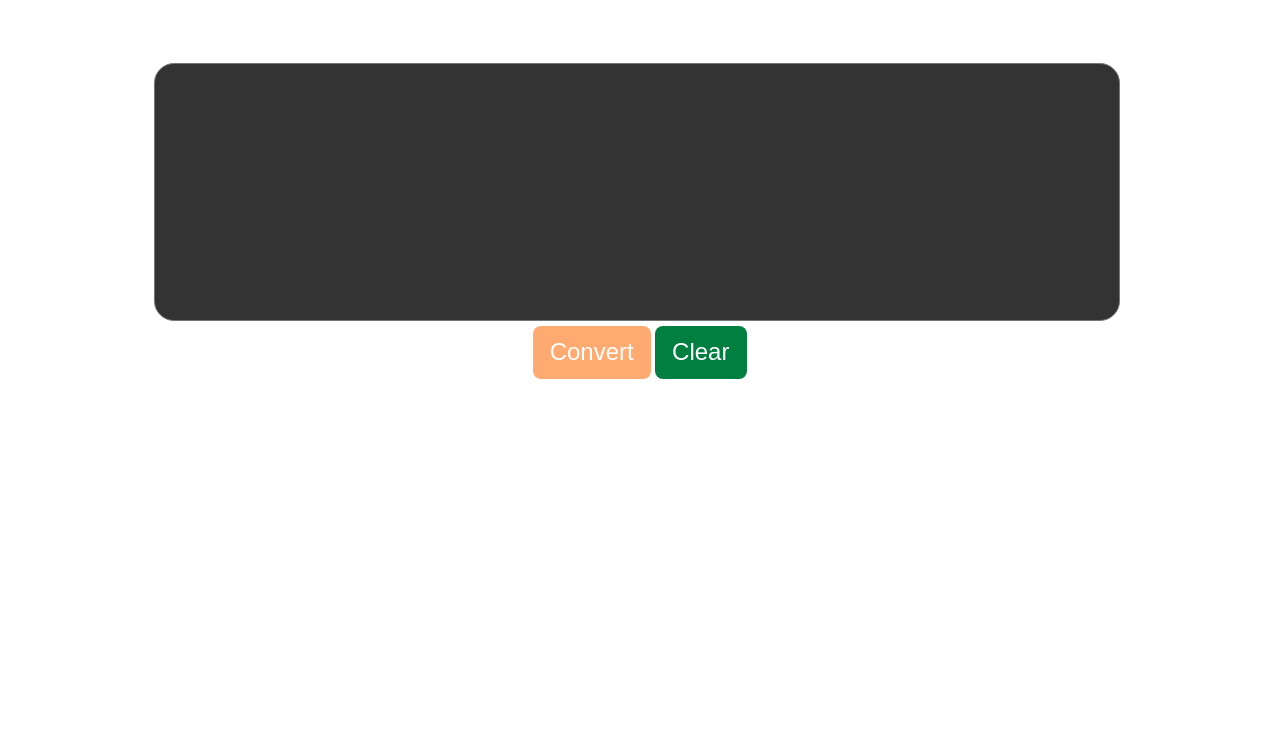
Repository: readwithpic/readwithpic.github.io
Page: platform14.html
The author's editor kept a record of every edit. The page is drawn from the files as they stood at one moment, then again after the next edit.
The browser window is 1280 px wide. The pictures show the whole page.
Some web libraries are served in a nearby version.

Above is the page before.
Console error: TypeError: Cannot read properties of undefined (reading 'length')

### platform14.html
<!DOCTYPE html>
<html>
    <head>
        <link rel="stylesheet" type="text/css" href="style.css" />
        <script src="https://ajax.googleapis.com/ajax/libs/jquery/2.1.3/jquery.min.js"></script>
        <script type="text/javascript" src="jscript.js"></script>
    </head>
    <body>

        <div id="textBox">
               <div>
              <button type="button" id="roundB"><p class="msg">C..</p></button>
              <button type="button" id="closeB"><p class="msg">X</p></button>
               </div>

                <div>
                    <textarea rows="10" cols="80" id="textInput" name="texthere"></textarea>
                </div>

                <div class="mainGroup">
                    <div class="group">
                         <button type="button" id="convert" disabled>Convert</button>
                        <button type="button" id="clear">Clear</button>
                    </div>
                </div>
        </div>


        <!--debug
          <button type="button" id="loadme">Load</button>
            <button type="button" id="debug">debug</button>
           -->
        <div id="display">
                 <ul>
                     <li id="listLoad">
                        <div id="loadingSpin">
                            <div class="spinner">
                                <div class="bounce1"></div>
                                <div class="bounce2"></div>
                                <div class="bounce3"></div>
                            </div>
                        </div>
                    </li>
                </ul>
            </div>
            <div><span id="sDebug"> </span><span id="what"></span></div>
    </body>
</html>

### style.css
html, body { height: 100%; width: 100%; margin: 0; }


li {
    display: inline-block;
}

img{
    margin-right:-70px;
}

figcaption {

}

#searchbox {
    width:600px;
    height:200px;
}

p {
 display:inline;
}

.onlyText{
 margin-left:4px;
}

#sDebug{
    background-color:brown;
}

#what{
    background-color:red;
}

/*half page div box */
#textBox{
  position:absolute;
  width:100%;
  height:50%;
}


textarea{
    -webkit-overflow-scrolling: touch;
}

#textInput{
    color:white;
    position:absolute;
    display:block;
    resize:none;
    top:13%;
    left:12%;
    width:75%;
    height:70%;
    background-color:#333333;
    -moz-border-radius: 10px;
    -webkit-border-radius: 10px;
    border-radius: 20px;

}

#textInput:focus{
  border-color: #FF6C24;
  outline:none;
}



.mainGroup {
    float:left;
    position:relative;
    top:86%;
    left:50%;
}

.group {
    width:215px;
    float:left;
    position:relative;
    left:-50%;
}

#convert  {
    text-align:center;
    background-color: #FF6C24;
   -webkit-border-radius: 8px;
    -moz-border-radius: 8px;
    border-radius: 8px;
     color: white;
   font-size: 1.5em;
   text-decoration: none;
   padding: 6% 8% ;
   border: none;
   }

#convert:hover{
    background-color:#E55900;
}

#convert:disabled{
  background-color:#FFAA70;
}

#convert:active {
   background-color: #993D00;
   }

#clear{
    text-align:center;
    background-color: #007F41;
   -webkit-border-radius: 8px;
    -moz-border-radius: 8px;
    border-radius: 8px;
   color: white;
   font-size: 1.5em;
   text-decoration: none;
   padding: 6% 8% ;
   border: none;
   }

#clear:hover {
   background-color:  #00683B;
   }


#clear:active {
   background-color: #007F41;
   }

#roundB{
  float:right;
  margin-top:1.5%;
  margin-right:5%;
  width:50px;
  height:50px;
  background-color: #FF6C24;
  border-radius:50%;
  border: none;
  text-align:center;
  font-size:2em;
  color:white;
  display:none;
}

#roundB:hover{
    background-color:#E55900;
}
#roundB:active {
   background-color: #FF6C24;
   }


#closeB{
  float:right;
  margin-top:1.5%;
  margin-right:5%;
  width:50px;
  height:50px;
  background-color:#FF4024;
  border-radius:50%;
  border: none;
  text-align:center;
  font-size:2em;
  display:none;
}

#closeB:hover{
    background-color:#B20A00;
}
#closeB:active {
   background-color:#FF4024;
   }

/* Loading */
#listLoad{
  position:relative;
  width:180px;
  height:180px;
  display:none;
}

#loadingSpin{
    position:absolute;
    top:77px;
    left:67px;
}

spinner {
  margin-left:100px;
  width: 70px;
  text-align: center;
}

.spinner > div {
  width: 15px;
  height: 15px;
  background-color: #333;
  border-radius: 100%;
  display: inline-block;
  -webkit-animation: bouncedelay 1.4s infinite ease-in-out;
  animation: bouncedelay 1.4s infinite ease-in-out;
  /* Prevent first frame from flickering when animation starts */
  -webkit-animation-fill-mode: both;
  animation-fill-mode: both;
}

.spinner .bounce1 {
  -webkit-animation-delay: -0.32s;
  animation-delay: -0.32s;
}

.spinner .bounce2 {
  -webkit-animation-delay: -0.16s;
  animation-delay: -0.16s;
}

/* loading end */

@-webkit-keyframes bouncedelay {
  0%, 80%, 100% { -webkit-transform: scale(0.0) }
  40% { -webkit-transform: scale(1.0) }
}

@keyframes bouncedelay {
  0%, 80%, 100% {
    transform: scale(0.0);
    -webkit-transform: scale(0.0);
  } 40% {
    transform: scale(1.0);
    -webkit-transform: scale(1.0);
  }
}

@media only screen and (min-width: 0px) {

  /* Styles */
}

/* iPhone 4*/
@media only screen and (min-width: 320px) {

  /* Styles */
}


/* Samsung Galaxy S5 (portrait) ----------- */
@media only screen and (min-width: 360px) {
/* Styles */

}

/* iPhone 6 (portrait) ----------- */
@media only screen and (min-width: 375px) {
/* Styles */

}

/* iPhone 6+ (portrait) ----------- */
@media only screen and (min-width: 414px) {
/* Styles */


}

/* iPhone 4 (landscape) ----------- */
@media only screen and (min-width: 480px) {
/* Styles */

}


/* iPhone 5 (landscape) ----------- */
@media only screen and  (min-width: 568px){
/* Styles */

}

/* Samsung Galaxy S3 (landscape) ----------- */
@media only screen and (min-width: 640px){
/* Styles */

}

/* iPhone 6 (landscape) ----------- */
@media only screen and (min-width: 667px) {
/* Styles */

}

/* iPhone 6+ (landscape) ----------- */
@media only screen and  (min-width: 736px){
/* Styles */

}

/* iPads (portrait and landscape) ----------- */
@media only screen and (min-width: 768px)  {
/* Styles */

}

/* iPads (landscape) ----------- */
@media only screen and (min-width: 1024px){
/* Styles */

}

/* Desktops and laptops ----------- */
@media only screen  and (min-width: 1224px) {
/* Styles */


}

/* Large screens ----------- */
@media only screen  and (min-width:1824px) {
/* Styles */

}

### jscript.js
var link = new Array();
var link2 = new Array();
var k, j, i, userInput, cleanSent, search,h, startNum, constantV, calNum;
var filterWords = ["is", "are", "all", "another", "any", "anybody", "anyone", "anything", "botheach", "each", "other", "either", "everybody", "everyone", "everything", "few", "he", "her", "hers", "herself", "him", "himself", "his", "it", "its", "itself", "many", "me", "mine", "more", "most", "much", "myself", "neither", "no", "one", "nobody", "none", "nothing", "another", "other", "others", "ours", "ourselves", "several", "she", "some", "somebody", "someone", "something", "their", "theirs", "them", "themselves", "these", "they", "this", "those", "us", "we", "what", "whatever", "which", "whichever", "who", "whoever", "whom", "whomever", "whose", "you", "your", "yours", "yourself", "yourselves", "that", "it's", "time", "person", "year", "way", "day", "thing", "man", "world", "life", "hand", "part", "child", "eye", "woman", "place", "work", "week", "case", "point", "government", "company", "number", "group", "problem", "fact", "be", "have", "do", "say", "get", "make", "go", "know", "take", "see", "come", "think", "look", "want", "give", "use", "find", "tell", "ask", "work", "seem", "feel", "try", "leave", "call", "good", "new", "first", "last", "long", "great", "little", "own", "other", "old", "right", "big", "high", "different", "small", "large", "next", "early", "young", "important", "few", "public", "bad", "same", "able", "to", "of", "in", "for", "on", "with", "at", "by", "from", "up", "about", "into", "over", "after", "beneath", "under", "above", "the", "and", "a", "that", "", "it", "not", "he", "as", "you", "this", "but", "his", "they", "her", "she", "or", "an", "will", "my", "one", "all", "would", "there", "their", "aboard", "about", "above", "across", "after", "against", "along", "amid", "among", "around", "as", "at", "before", "behind", "below", "beneath", "beside", "besides", "between", "beyond", "but", "by", "concerning", "considering", "despite", "down", "during", "except", "excepting", "excluding", "following", "for", "from", "in", "inside", "into", "like", "minus", "near", "of", "off", "on", "onto", "opposite", "outside", "over", "past", "per", "plus", "regarding", "round", "save", "since", "than", "through", "to", "toward", "towards", "under", "underneath", "unlike", "until", "up", "upon", "versus", "via", "with", "within", "without"];
var lastList,textInput,myScroll,loadList,count;
var $win,$doc,$list,$textArea,$roundB,$closeB,$showIt;

$(document).ready(function () {
    $list= $('li');
    textInput = $('#textInput');
    loadList = $('#listLoad');
    $win=$(window);
    $doc=$(document);
    $textArea=$('textarea');
    $roundB=$('#roundB');
    $closeB=$('#closeB');


    $textArea.keyup(function () {
        if ($(this).val()) {
            $('#convert').removeAttr('disabled');
        } else {
            $('#convert').attr('disabled', 'disabled');
        }
    });

    $('#convert').click(function () {
        //to avoid rapid click
        $('#convert').attr('disabled', 'disabled');
        //textarea control
        if (textInput.height() > 350) {
            $('#textInput').fadeOut('fast');
            $('.mainGroup').fadeOut('fast');
            $closeB.hide();
        } else {
            $('#textInput').slideUp('fast');
            $('.mainGroup').fadeOut('fast');
        }
        //grab appened list class showIt
        $('li').remove();

        //$(li).remove() removes everyting so loading is appeneded at first
        $('#display ul').append(loadList);
        //display loading
        loadList.show();
        //display round button
        $roundB.show('fast');
        count = 0;
        h = 0;
        j = 0;
        // default number of search images to be loaded at first
        startNum = 10;
        //constantV is assigned to calNum to load given number consistant images after each scroll
        calNum = startNum;
        link.length = 0;
        link2.length = 0;
        $('#what').empty();
        $('.onlyText').remove();
        userInput = $('textarea[name=texthere]').val();
        cleanSent = userInput.replace(/\s+/g, ' ');
        search = cleanSent.split(" ");
        callAjax(search[j]);


    });

    $('#clear').click(function(){
        $textArea.val('');
    });


    $('#roundB').click(function () {
        //display textBox at the middle of screen.
        $('#textInput').css({
            'position':'fixed',
            'top': '11%',
            'left': '9%',
            'width': '80%',
            'height': '70%'
        });
        $('.mainGroup').css({
            'position':'fixed',
            'top':'82%'
        });
        $('#textInput').fadeIn('fast');
        $('.mainGroup').fadeIn('fast');
        $('#closeB').show();
        $(this).hide();
    });

    //close button
    $('#closeB').click(function(){
         $('#textInput').fadeOut('fast');
         $('.mainGroup').fadeOut('fast');
         $roundB.show();
         $(this).hide();
    });

    $win.resize(function () {
        // load the rest of screen if the user reduce the zoom less than 100%
        if (lastList.offset().top < $win.height() && myScroll === 1) {
            myScroll = 1;
            $win.scroll();
        }
    });

    $win.scroll(function () {
        if ($win.scrollTop() + $win.height() > $doc.height() - $doc.height() / 4 && myScroll === 1 && j < search.length) {
            h = 0;
            //To reuse same Array link2
            link2.length = 0;
            //load number of images after each scroll
            constantV = 5;
            //reintalize the calNum to display given constant number of images accross the screen
            calNum += constantV;
            callAjax(search[j]);
            myScroll = 0;
        }else if(j===search.length){
            loadList.hide();
        }
    });

    //dubugging zone
    $('#debug').click(function () {
        $('#sDebug').append('<br>' + "Linklength1 : " + link.length + '<br>');
        $('#sDebug').append("Linklength2 : " + link2.length + '<br>');
        $("#sDebug").append("dubug j value :" + j + '<br>');
        $('#sDebug').append("dubug i value:" + i + '<br>');
        $('#sDebug').append("dubug count value:" + count + '<br>');
        $('#sDebug').append("dubug k value:" + k + '<br>');
    });
});

function callAjax(index) {
    var look = new URL('https://ajax.googleapis.com/ajax/services/search/images?v=1.0&q=' + index + '&callback=?');
    $.ajax({
        url: look,
        dataType: 'json',
        success: function (data) {
            if (data.responseData.results.length === 0) {
                if (j < startNum) {
                    link[j] = "http://upload.wikimedia.org/wikipedia/commons/9/98/MA_Route_blank.svg";
                    j++;
                } else {
                    link2[h] = "http://upload.wikimedia.org/wikipedia/commons/9/98/MA_Route_blank.svg";
                    j++;
                    h++;
                }
            } else {
                if (j < startNum) {
                    link[j] = data.responseData.results[0].url;
                    j++;
                } else {
                    link2[h] = data.responseData.results[0].url;
                    j++;
                    h++;
                }
            }
            //checked against the calNum to make sure it doesn't load images more then startNum(default number of images to be load at first)
            if (j < search.length && j < calNum) {
                callAjax(search[j]);
            } else {
                show();
            }
        }
    });
}

//function do display first 30 words
function show() {
    var loopNum;
    i = 0;
    //slideUp or fadeOut the textarea and button
    if (count === 0) {
        for (i; i < j; i++) {
            // $('#what').append( 'firstIvalue: ' + i);
            //indexOf(search[j]) returns -1 if the value is not present inside array search[j];
            //check if search[j] is not the first html list element
            if (filterWords.indexOf(search[i]) !== -1 && $list.length > 0) {
                $('.withPic').last().append('<p class=onlyText>' + search[i] + '</p>');
            } else {
                $('#display ul').append('<li class="showIt">' + '<figure>' + '<img src="' + link[i] + '" height=180 width=180>' +
                    '<figcaption>' + '<p class=withPic>' + search[i] + '</p>' + '</figcaption>' + '</figure>' + '</li>');
            }
        }

        //get the last list element
        lastList = $('li:last').attr('class', 'showIt');

        //always put the loading at the last element
        $('#display ul').append(loadList);
        //disable this for loop
        count = 1;
        //initiate scroll
        myScroll = 1;

        //for bigger bigger resolution or screen to load more list element than intiated max startNum value
        if (lastList.offset().top < $win.height()) {
           $win.scroll();
        }

    } else {
        k = 0;
        //to run the loop if the value of constantV is less then link2.length.
        if (link2.length < constantV) {
            i = j - link2.length;
            loopNum = i + link2.length;
            //$('#what').append('<br>' + 'insideLOOPNUM: ' + loopNum);
            //Once value of j arrives here it'll be orginal value + constantV because callAjax function have already run twice
        } else {
            i = j - constantV;
            loopNum = i + constantV;
        }
        for (i; i < loopNum; i++) {
            //indexOf(search[j]) returns -1 if the value is not present inside array search[j];
            //check if search[j] is not the first html list element
            if (filterWords.indexOf(search[i]) !== -1 && $list.length > 0) {
                $('.withPic').last().append('<p class=onlyText>' + search[i] + '</p>');
            } else {
                $('#display ul').append('<li class="showIt">' + '<figure>' + '<img src="' + link2[k] + '" height=180 width=180>' +
                    '<figcaption>' + '<p class=withPic>' + search[i] + '</p>' + '</figcaption>' + '</figure>' + '</li>');
            }
            k++;
                //for debug purposes
                // $('#what').append('<br>' + 'insideIvalue: ' + i);
                // $('#what').append('<br>' + 'insideKvalue: ' + k);
                // $('#what').append('<br>' + 'insideJvalue: ' + j);
        }
        $('#display ul').append(loadList);
        myScroll = 1;
        if (lastList.offset().top < $win.height()) {
            $win.scroll();
        }
    }
}

After the next edit:
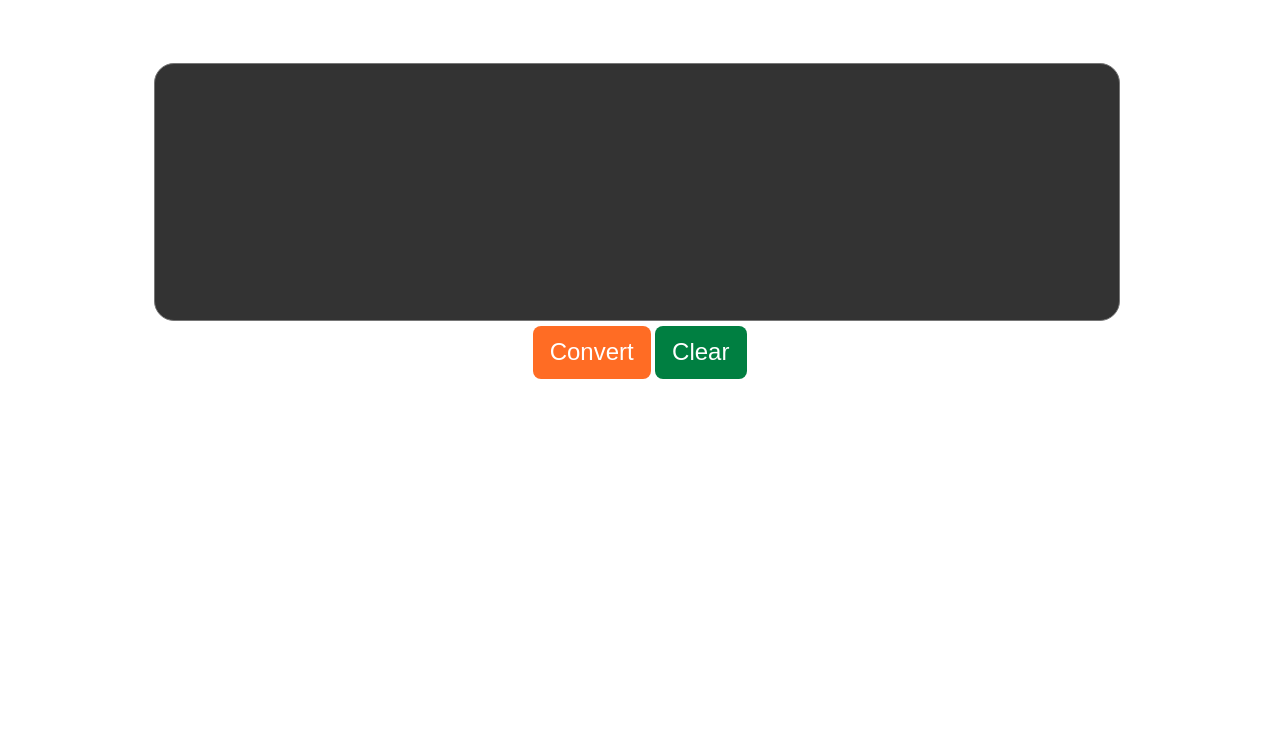
The edit:
--- a/style.css
+++ b/style.css
@@ -99,11 +99,6 @@
 #convert:hover{
     background-color:#E55900;
 }
-
-#convert:disabled{
-  background-color:#FFAA70;
-}
-
 #convert:active {
    background-color: #993D00;
    }

After the edit that followed:
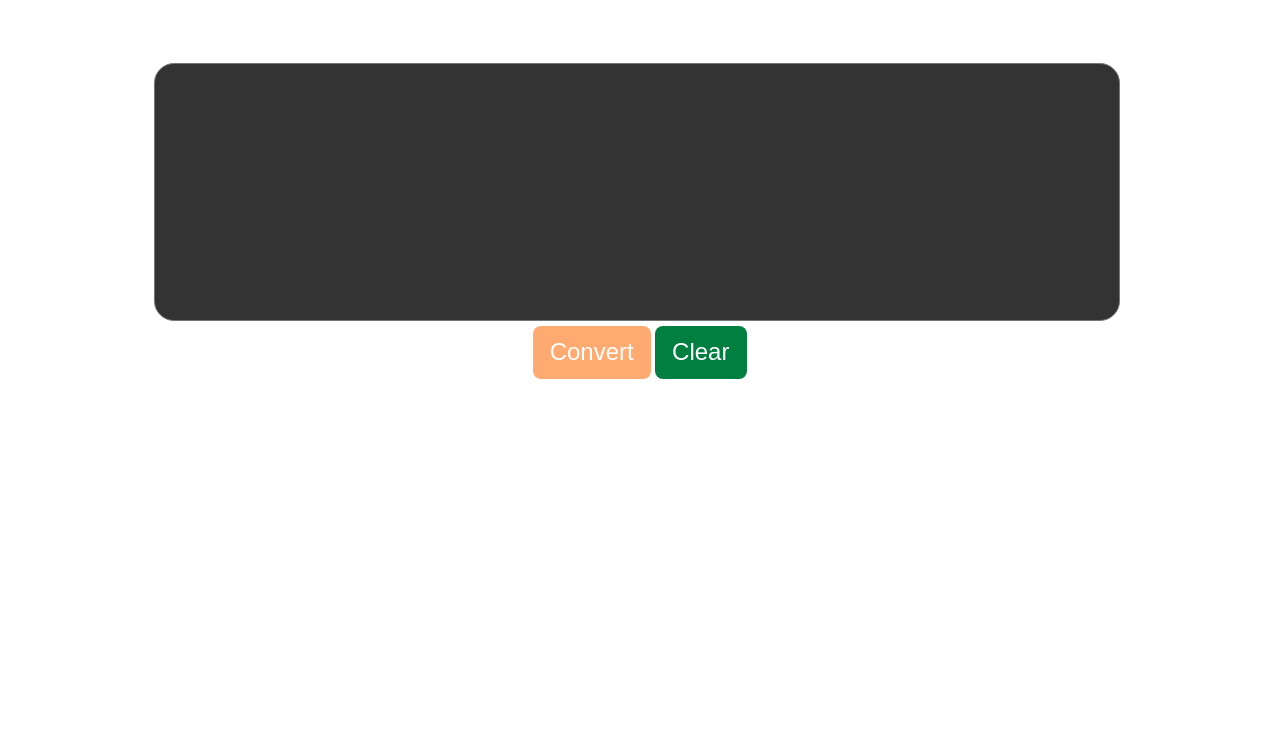
The edit:
--- a/style.css
+++ b/style.css
@@ -103,6 +103,11 @@
    background-color: #993D00;
    }
 
+#convert:disabled{
+background-color:#FFAA70;
+}
+
+
 #clear{
     text-align:center;
     background-color: #007F41;
